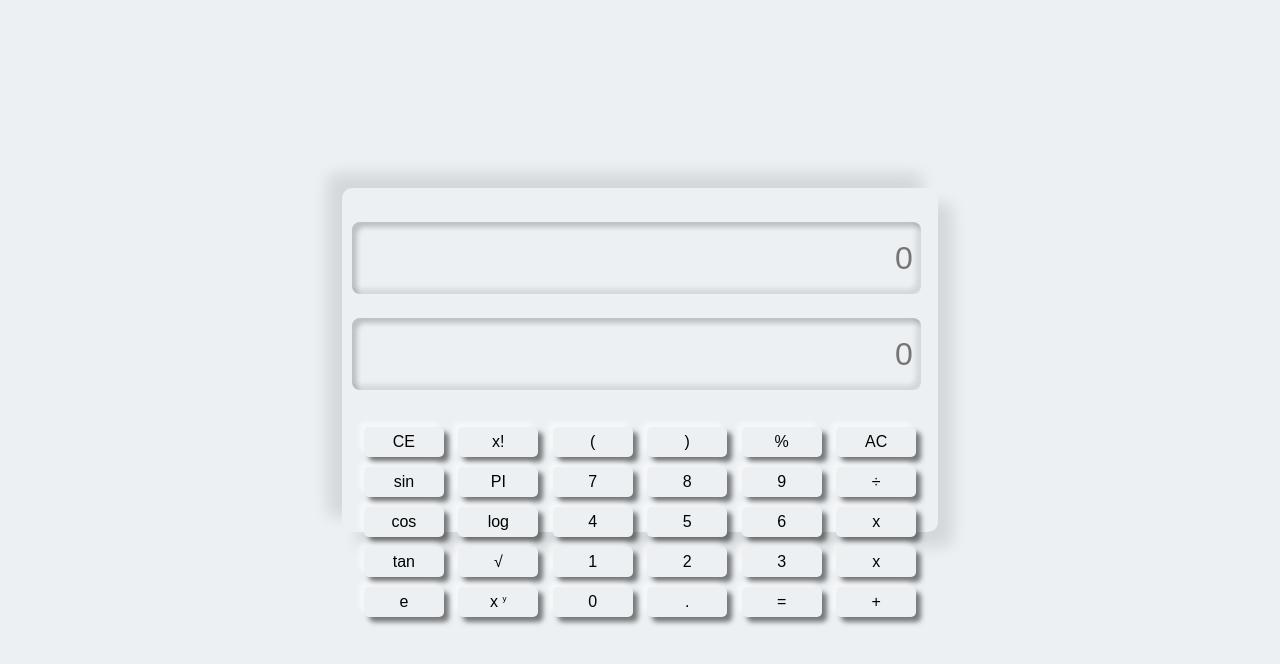
Repository: Haakim19/Scientific-Calculator
Page: intex.html
An editor plug-in stored every save of this project. The page is shown before and after the next save, followed by the edit.
The browser window is 1280 px wide. The pictures show the whole page.

Above is the page before, as saved 2024-10-27 12:16:21.

After the next save:
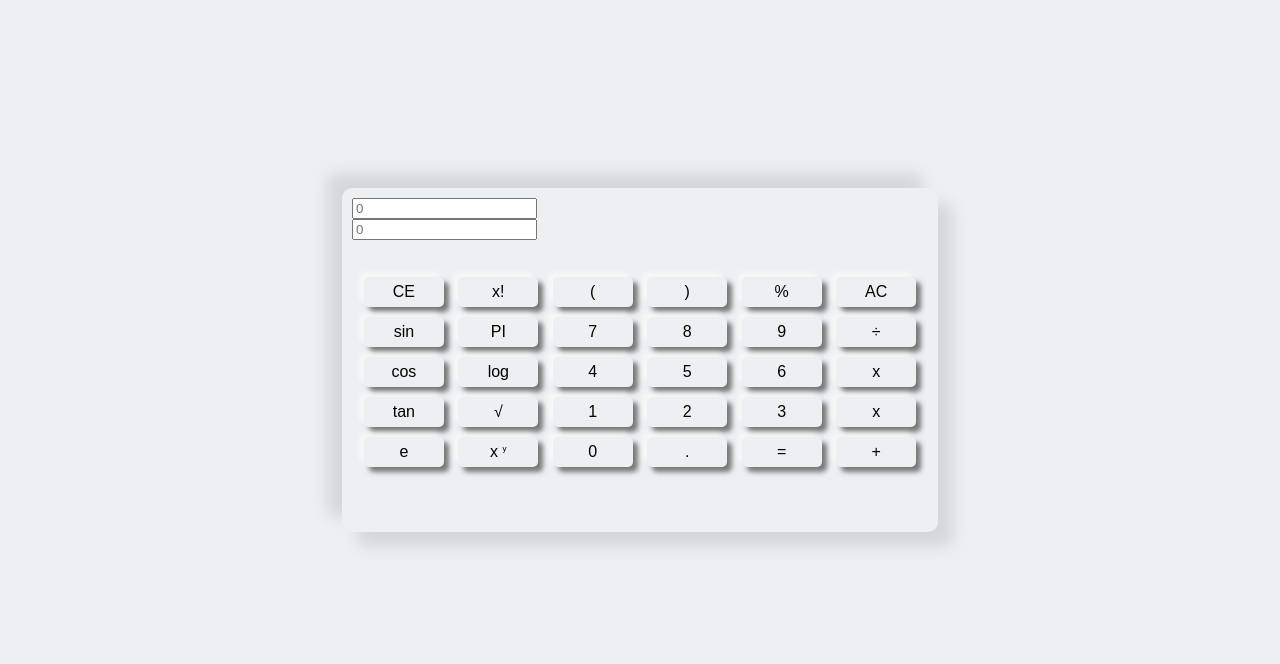
Saved 8 s later.
--- a/intex.html
+++ b/intex.html
@@ -8,10 +8,10 @@
 </head>
 <body>
     <div class="container">
-        <div class="display">
+        <div class="display1">
             <input type="text" id="screen" placeholder="0" >
         </div>
-        <div class="display">
+        <div class="display2">
             <input type="text" id="screen" placeholder="0" >
         </div>
         <div class="btns">
